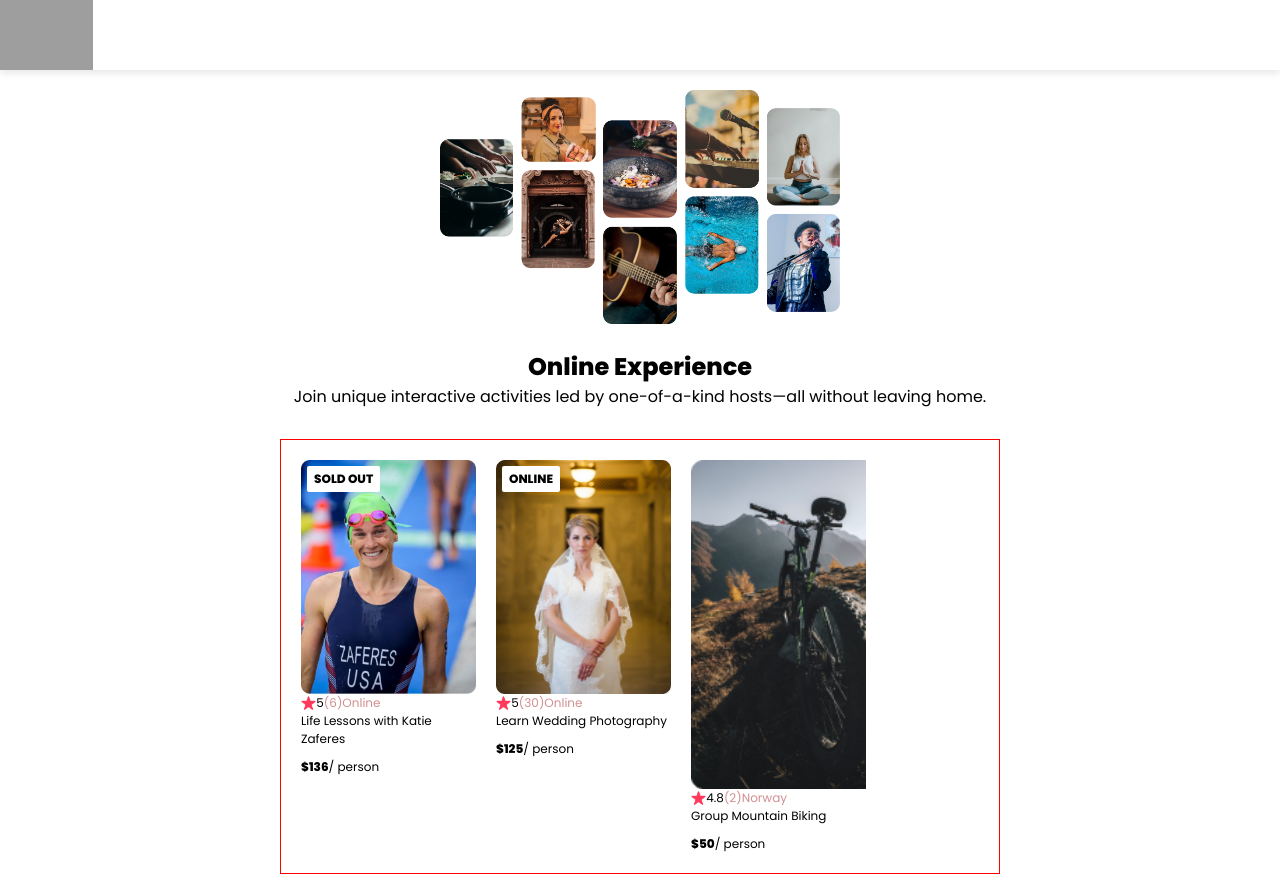
Repository: Richswag009/my-travel-journal
Page: /
An editor plug-in stored every save of this project. The page is shown before and after the next save, followed by the edit.
The browser window is 1280 px wide. The pictures show the whole page.
Pictures or frames that could not be fetched are drawn as grey boxes. Some web fonts or font styles are not loaded; a fallback is used. The project was rebuilt for these pictures with package versions that can differ from the ones it lists, and the page was loaded fresh each time.

Above is the page before, as saved 2022-06-17 22:43:25.

After the next save:
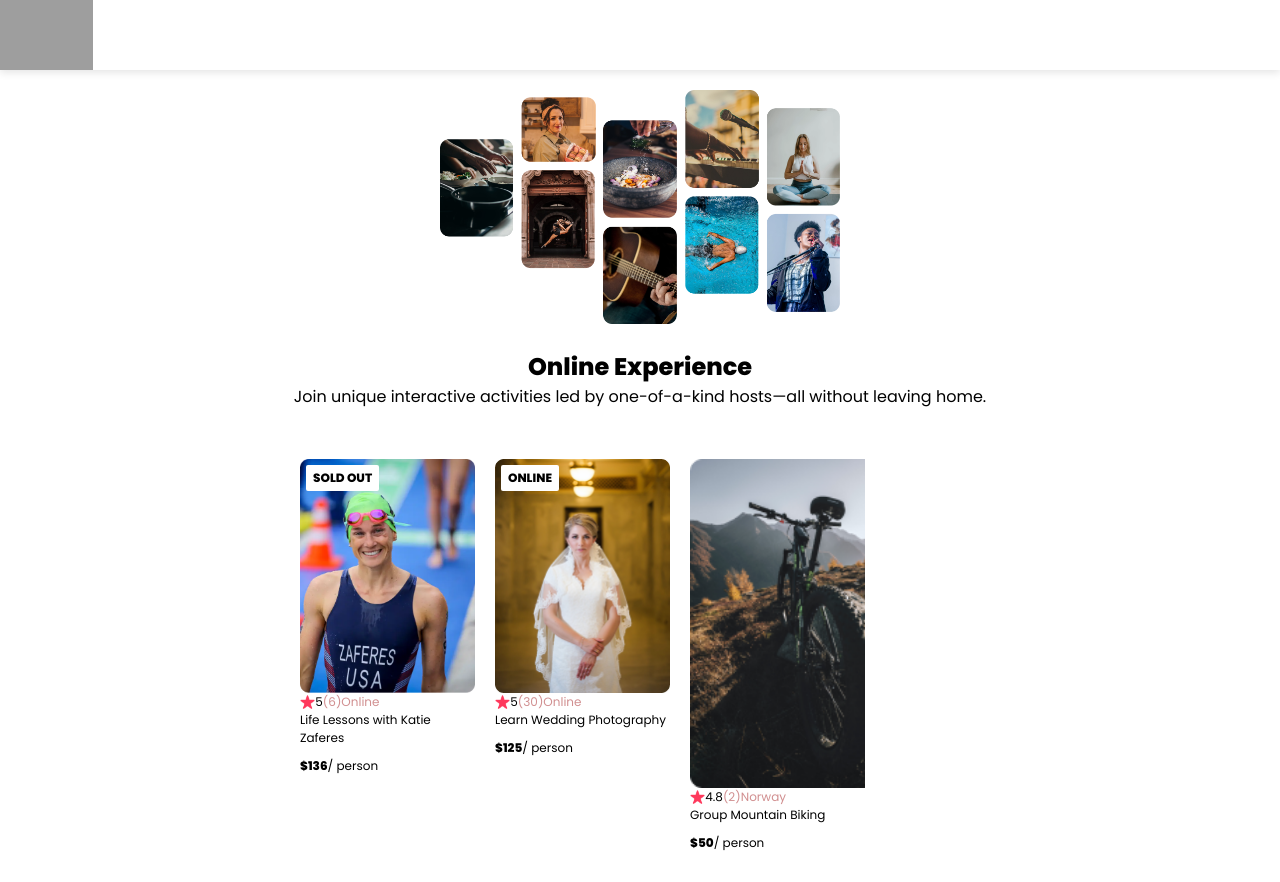
Saved 3 min 17 s later.
--- a/src/App.css
+++ b/src/App.css
@@ -36,7 +36,6 @@ text-align: center;
     flex-wrap: nowrap;
     gap: 20px;
     width: 100vh;
-    border: 1px solid red;
     margin: 10px auto;
     overflow-x: auto;
 
